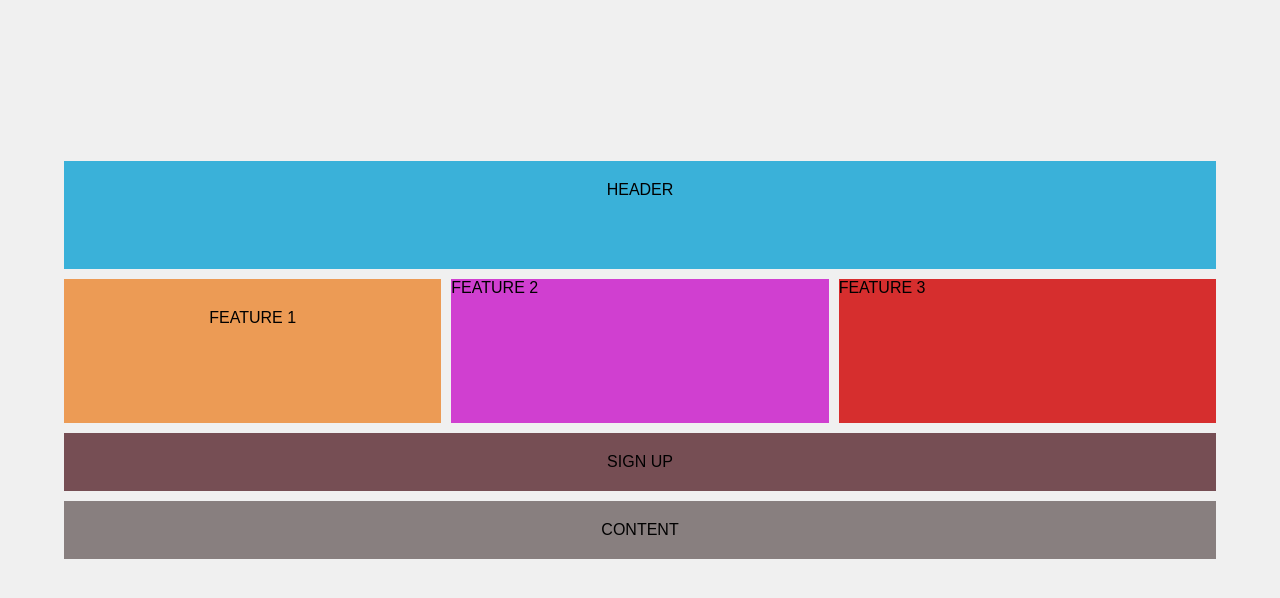
Repository: viveknaidu007/repo-152-FSD-InnomaticsTasksSep2024
Page: task_3/index.html
The author's editor kept a copy of each file at every save. The page is drawn from the files as they stood at one save, then again after the next save.
The browser window is 1280 px wide. The pictures show the whole page.

Above is the page before, as saved 2024-10-02 11:42:51.

### task_3/index.html
<!DOCTYPE html>
<html lang="en">
<head>
  <meta charset="UTF-8">
  <meta name="viewport" content="width=device-width, initial-scale=1.0">
  <title>Responsive Layout</title>
  <link rel="stylesheet" href="styles.css">
</head>
<body>
  <div class="container">
    <header class="header">HEADER</header>
    <div class="content">CONTENT</div>
    <div class="signup">SIGN UP</div>
    <div class="feature1">FEATURE 1</div>
    <div class="feature2">FEATURE 2</div>
    <div class="feature3">FEATURE 3</div>
  </div>
</body>
</html>

### task_3/styles.css
* {
    margin: 0;
    padding: 0;
    box-sizing: border-box;
  }

  body {
    font-family: Arial, sans-serif;
    display: flex;
    justify-content: center;
    align-items: center;
    height: 100vh;
    background-color: #f0f0f0;
  }



  .container {
    display: grid;
    grid-template-areas:
      "header"
      "content"
      "signup"
      "feature1"
      "feature2"
      "feature3";
    grid-template-columns: 1fr;
    gap: 10px;
    width: 90%;
    max-width: 1200px;
  }

  .header {
    grid-area: header;
    background-color: #3ab1d9;
    text-align: center;
    padding: 20px;
    position: static;
    height: 15vh;
  }

  .content {
    grid-area: content;
    background-color: #887f7f;
    text-align: center;
    padding: 20px;
  }

  .signup {
    grid-area: signup;
    background-color: #764e54;
    text-align: center;
    padding: 20px;
  }

  .feature1 .feature2 .feature3{
    text-align: center;
  }

  .feature1 {
    background-color: #ec9b55;
    height:20vh;
    text-align: center;
    padding: 30px;
  }

  .feature2 {
    background-color: #d03fd0;
    height:20vh
  }

  .feature3 {
    background-color: #d62e2e;
  }


  @media(min-width: 768px) {
    .container {
      grid-template-areas:
        "header header"
        "content content"
        "signup feature1"
        "feature2 feature3";
      grid-template-columns: 1fr 1fr;
    }
  }

  @media(min-width: 1024px) {
    .container {
      grid-template-areas:
        "header header header"
        "feature1 feature2 feature3"
        "signup signup signup"
        "content content content";
      grid-template-columns: repeat(3, 1fr);
    }
  }

After the next save:
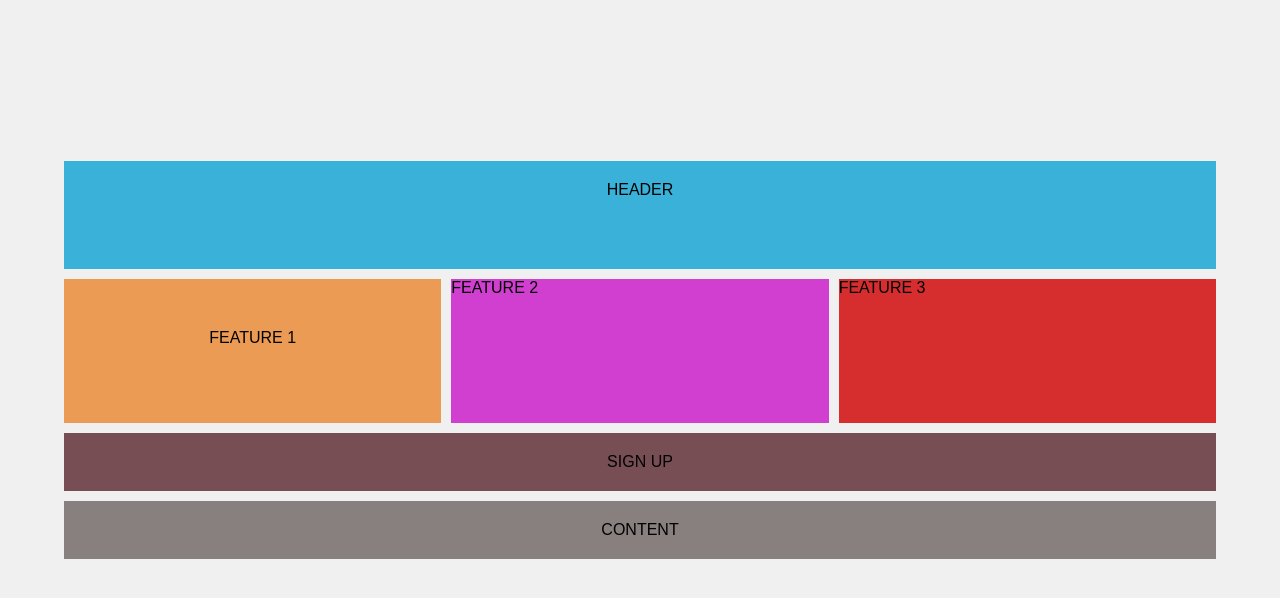
Saved 5 s later.
--- a/task_3/styles.css
+++ b/task_3/styles.css
@@ -61,7 +61,7 @@
     background-color: #ec9b55;
     height:20vh;
     text-align: center;
-    padding: 30px;
+    padding: 50px;
   }
 
   .feature2 {
